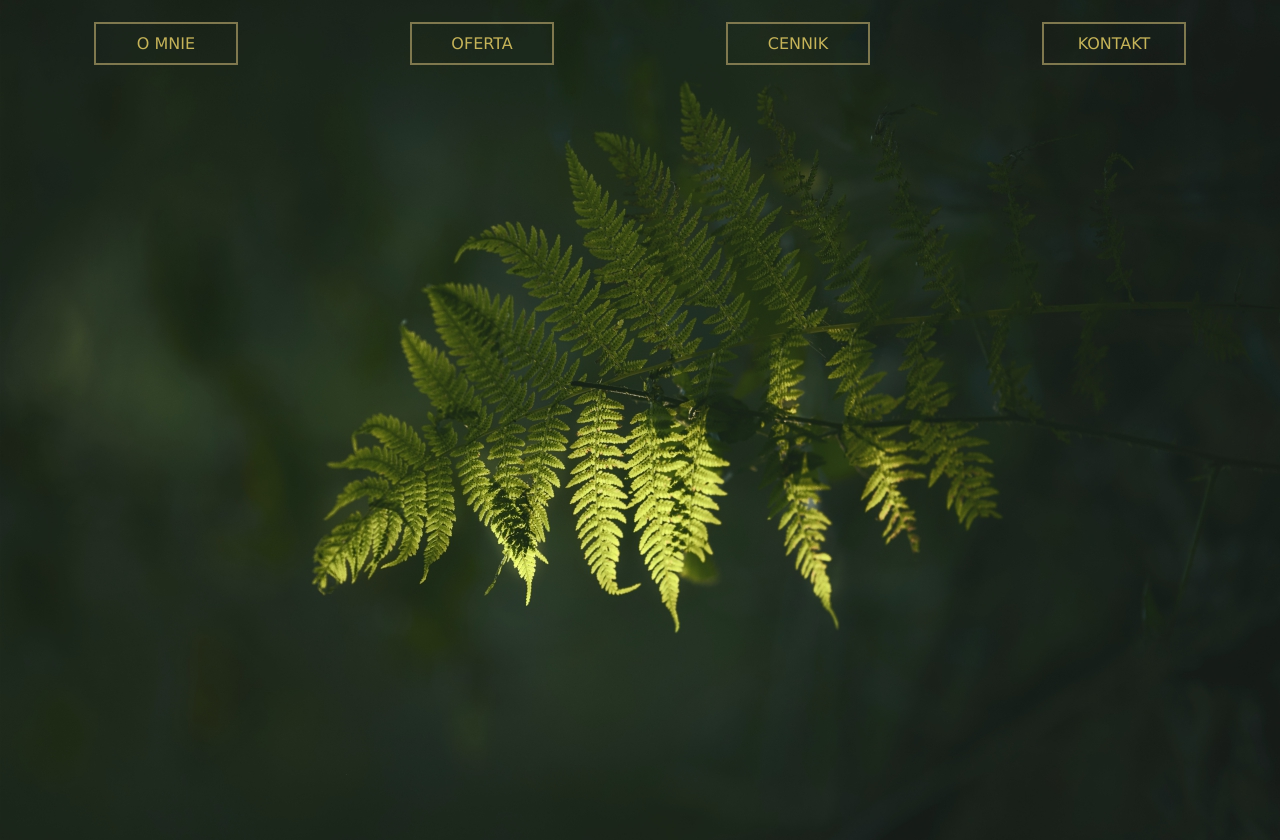
Repository: LechCieslak/Anna_Cieslak_v2.1
Page: index.html
These files come from the project's save history. The page is drawn as it stood at one moment and after the next save; the edit follows.
The browser window is 1280 px wide. The pictures show the whole page.

Above is the page before, as saved 2020-10-13 22:01:44.

### index.html
<!DOCTYPE html>
<html lang="pl">
<head>
    <meta charset="UTF-8">
    <meta name="viewport" content="width=device-width, initial-scale=1.0">
    <link rel="stylesheet" href="style.css">
    <title>Przyjazne miejsce</title>
</head>
<body>
    <main>

            <div class="menu">
                <ul>
                    <li class="li1">O MNIE</li>
                    <li class="li2">OFERTA</li>
                    <li class="li3">CENNIK</li>
                    <li class="li4">KONTAKT</li>
                </ul>
            </div>

            <div class="oMnie shape">
                <h1>O MNIE</h1>

                <h3>Anna Cieślak - psycholog, psychoterapeuta </h3>
                <p><img src="images/ac-bio-m.jpg" alt=""></p>
                <p>Prowadzę indywidualną długoterminową psychoterapię osób dorosłych oraz młodzieży 16+. Od kilku lat w duchu Rodzicielstwa Bliskości wspieram rodziców oraz nauczycieli w codziennych wyzwaniach związanych z budowaniem relacji z dziećmi. Pracuję z dziećmi i młodzieżą w placówkach edukacyjnych (głównie są to tzw. szkoły alternatywne, realizujące program MEN w autorski sposób). <br>
                    W swojej pracy łączę humanistyczne i psychodynamiczne spojrzenie na klienta. Ukończyłam kursy i szkolenia z zakresu psychoterapii i psychopedagogiki w Ośrodku Terapii i Rozwoju Gestalt, w Laboratorium Psychoedukacji, Podyplomowym Studium Relacji Interpersonalnych i Profilaktyki Uzależnień UKSW oraz Akademii Rodziców i Wychowawców w Fundacji Bullerbyn. Ważnym dla mnie doświadczeniem było szkolenie wstępne z zakresu NVC prowadzone przez Zofię Schacht-Petersen. <br>
                    Prywatną praktykę prowadzę od 2013 roku. Swoją pracę poddaję regularnej superwizji, prowadzonej przez superwizora Polskiego Towarzystwa Psychologicznego.</p>
                </div>

            <div class="metoda shape">
                <h1>OFERTA</h1>
                <p>psychoterapia indywidualna osób dorosłych
                    <br><br>
                    psychoterapia młodzieży 16+
                    <br><br>
                    wsparcie w rodzicielstwie
                    <br><br>
                    warsztaty</p>
            </div>

            <div class="cennik shape">
                <h1>CENNIK</h1>
                <p><span class="bold">sesja indywidualna (50 minut) 120 zł</span></p>
            </div>

            <div class="kontakt shape">
                <h1>Anna Cieślak</h1>
                <p>psycholog, psychoterapeuta
                    <br><br>
                    tel. 793 42 01 01
                    <br><br>
                    pl. Szembeka 1 lok. 29, Warszawa
                    <br><br><br>
                    <span class="bold">
                    OD STYCZNIA 2021
                    <br><br>
                    Wileńska 14 m. 73, Warszawa
                    </span>
                </p>
            </div>
    </main>


    <script src="app.js"></script>
</body>
</html>

### style.css
* {
    font-family: verdana;
    padding: 0px;
}

body {
    --tlo: #4C6464;
    --text: #C5B358;
    --ramka: #7F784E;
    color: var(--text);
    background-color:#161f1a;
}

ul {
    display: flex;
    justify-content: space-around;
}

img {
    width: 50%;
    height: 50%;
}

.menu li {
    margin-top: 6px;
    padding: 10px;
    display: inline-block;
    border: solid 2px var(--ramka);
    list-style-type: none;
    width: 120px;
    cursor: pointer;
    text-align: center;
}

.shape {
    border: solid 3px var(--ramka);
    width: 90%;
    opacity: 0;
    padding: 10px;
    position: absolute;
    text-align: justify;
}

.nowa {
    opacity: 1;
}

.bold {
    font-weight: bold;
}

/* RWD
*********
************
********************
*/


@media (min-width: 992px) {
    /* style css */

    body {
        background-repeat: no-repeat;
        background-image: url("images/background-poz.jpg");
    }

    img {
        width: 270px;
    }

}


@media (max-width: 992px) and (min-width: 577px) {
    /* style css */

    body {
        background-repeat: no-repeat;
        background-image: url("images/background-poz.jpg");
    }

    img {
        width: 270px;
    }

}

@media (max-width: 576px) and (min-width: 321px) {
    body {
        /* style css - tel. pionowo */
        font-size: 10px;
        background-position-x: center;
        background-image: url("images/background-pion.jpg");
    }

    .menu li {
        width: 50px;
        height: 8px;
        padding-top: 6px;
    }
}

@media (max-width: 320px) {
    body {
        font-size: 10px;
        background-position-x: center;
        background-image: url("images/background-pion.jpg");
    }

    ul {
        width: 55px;
        display: block;
    }
}

### app.js
let a = document.querySelector('.li1');
let b = document.querySelector('.oMnie');
let c = document.querySelector('.li2');
let d = document.querySelector('.metoda');
let e = document.querySelector('.li3');
let f = document.querySelector('.cennik');
let g = document.querySelector('.li4');
let h = document.querySelector('.kontakt');

a.addEventListener('click', e => {
  b.classList.toggle("nowa");
  d.classList.remove("nowa");
  f.classList.remove("nowa");
  h.classList.remove("nowa");
});


c.addEventListener('click', e => {
  d.classList.toggle("nowa");
  b.classList.remove("nowa");
  f.classList.remove("nowa");
  h.classList.remove("nowa");
});

e.addEventListener('click', e => {
  f.classList.toggle("nowa");
  b.classList.remove("nowa");
  d.classList.remove("nowa");
  h.classList.remove("nowa");
});


g.addEventListener('click', e => {
  h.classList.toggle("nowa");
  b.classList.remove("nowa");
  d.classList.remove("nowa");
  f.classList.remove("nowa");
});

After the next save:
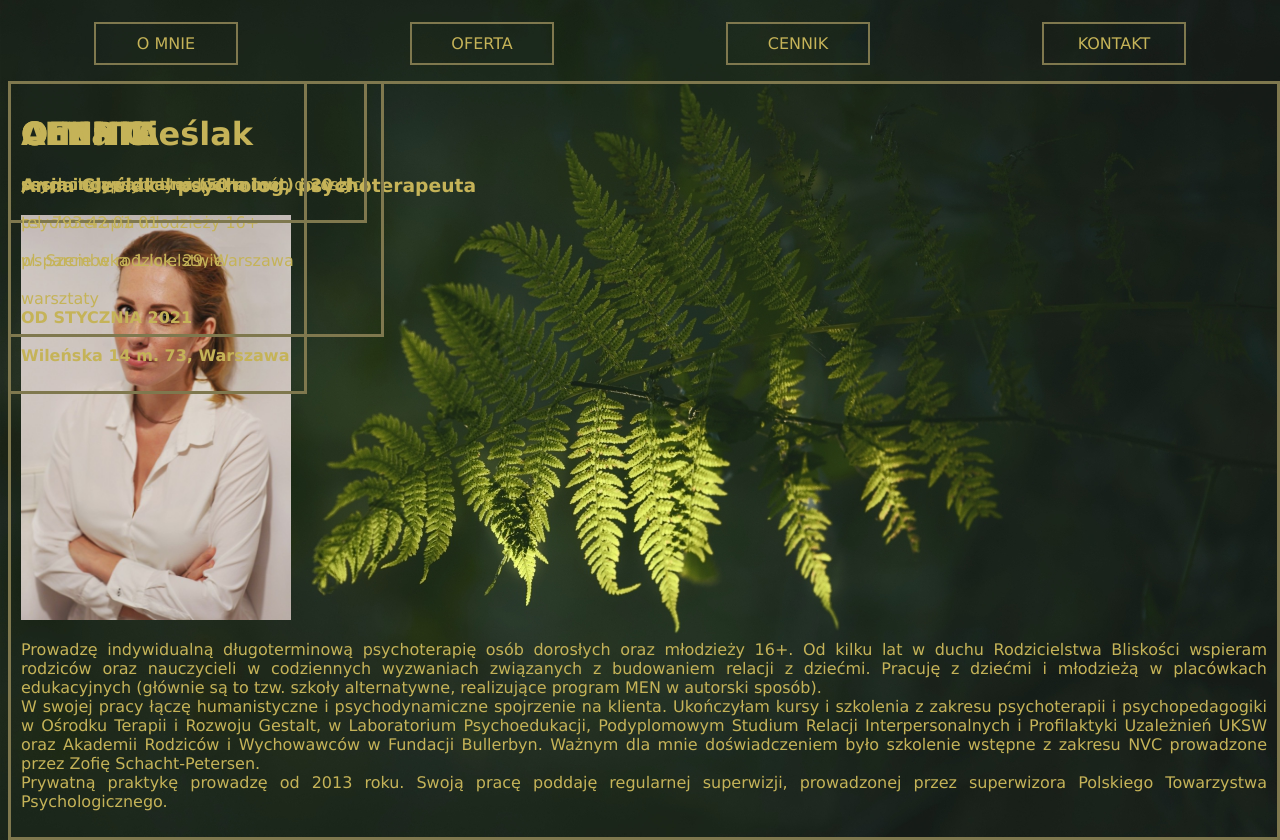
Saved 25 s later.
--- a/style.css
+++ b/style.css
@@ -34,7 +34,7 @@
 
 .shape {
     border: solid 3px var(--ramka);
-    width: 90%;
+    margin
     opacity: 0;
     padding: 10px;
     position: absolute;

After the 4 saves that followed:
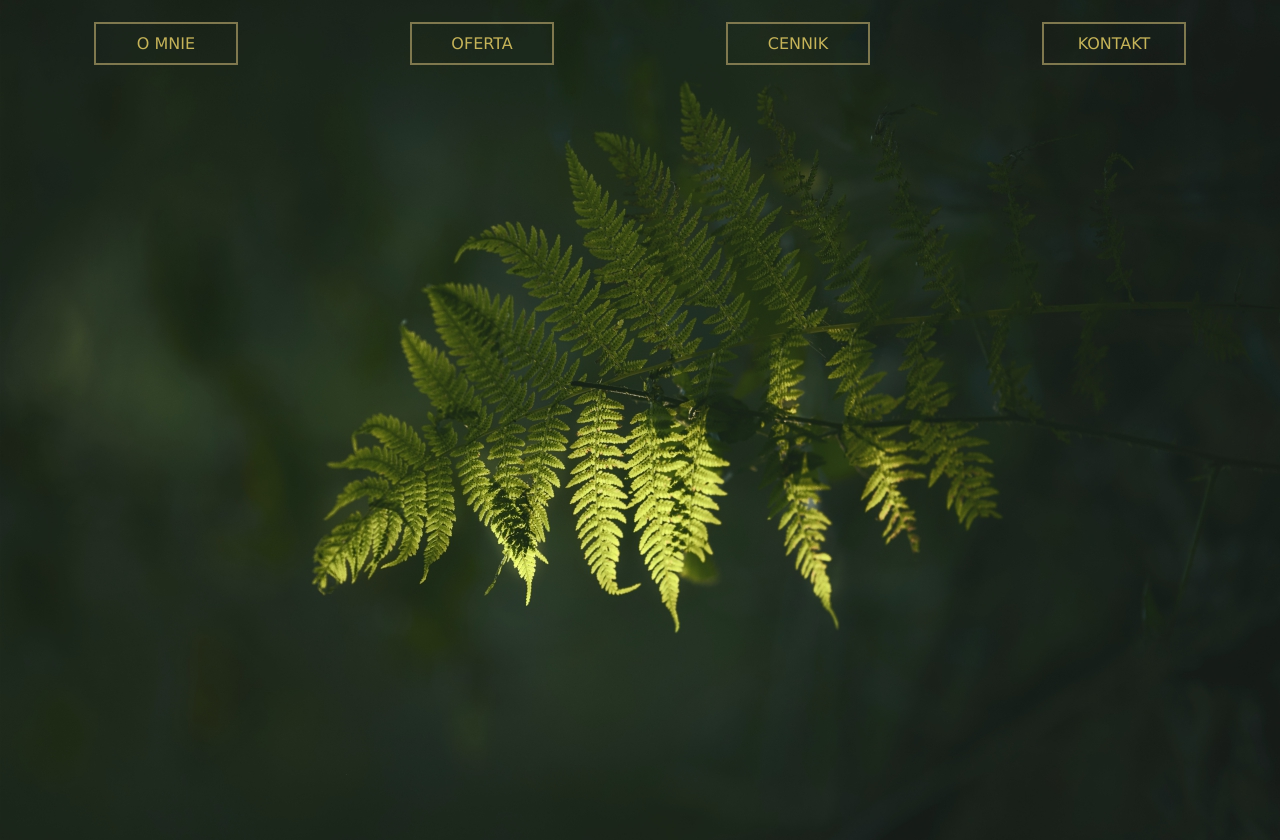
The 4 saves are shown as one change because they came seconds apart.
The last was saved 10 s later.
--- a/style.css
+++ b/style.css
@@ -34,7 +34,7 @@
 
 .shape {
     border: solid 3px var(--ramka);
-    margin
+    margin-left: 8px;
     opacity: 0;
     padding: 10px;
     position: absolute;
